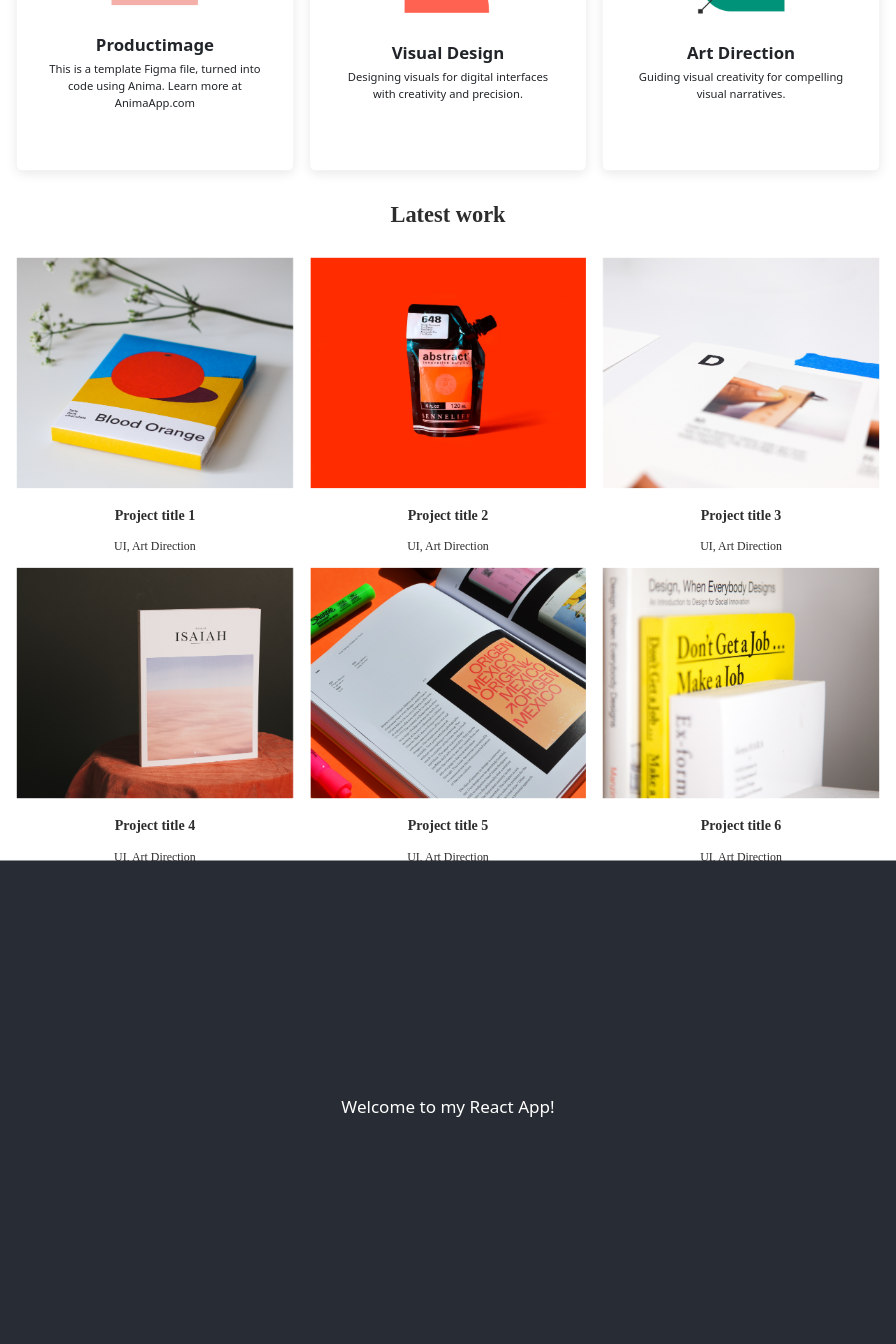
Repository: nida463/project-portofolio
Page: /
The author's editor kept a copy of each file at every save. The page is drawn from the files as they stood at one save, then again after a run of saves.
The browser window is 1280 px wide. The pictures show the part of the page from y = 885 to 2805 px (the page is 2835 px tall), at 70% of full size.
The project was rebuilt for these pictures with package versions that can differ from the ones it lists, and the page was loaded fresh each time.

Above is the page before, as saved 2024-09-18 10:09:29.

After the next 6 saves:
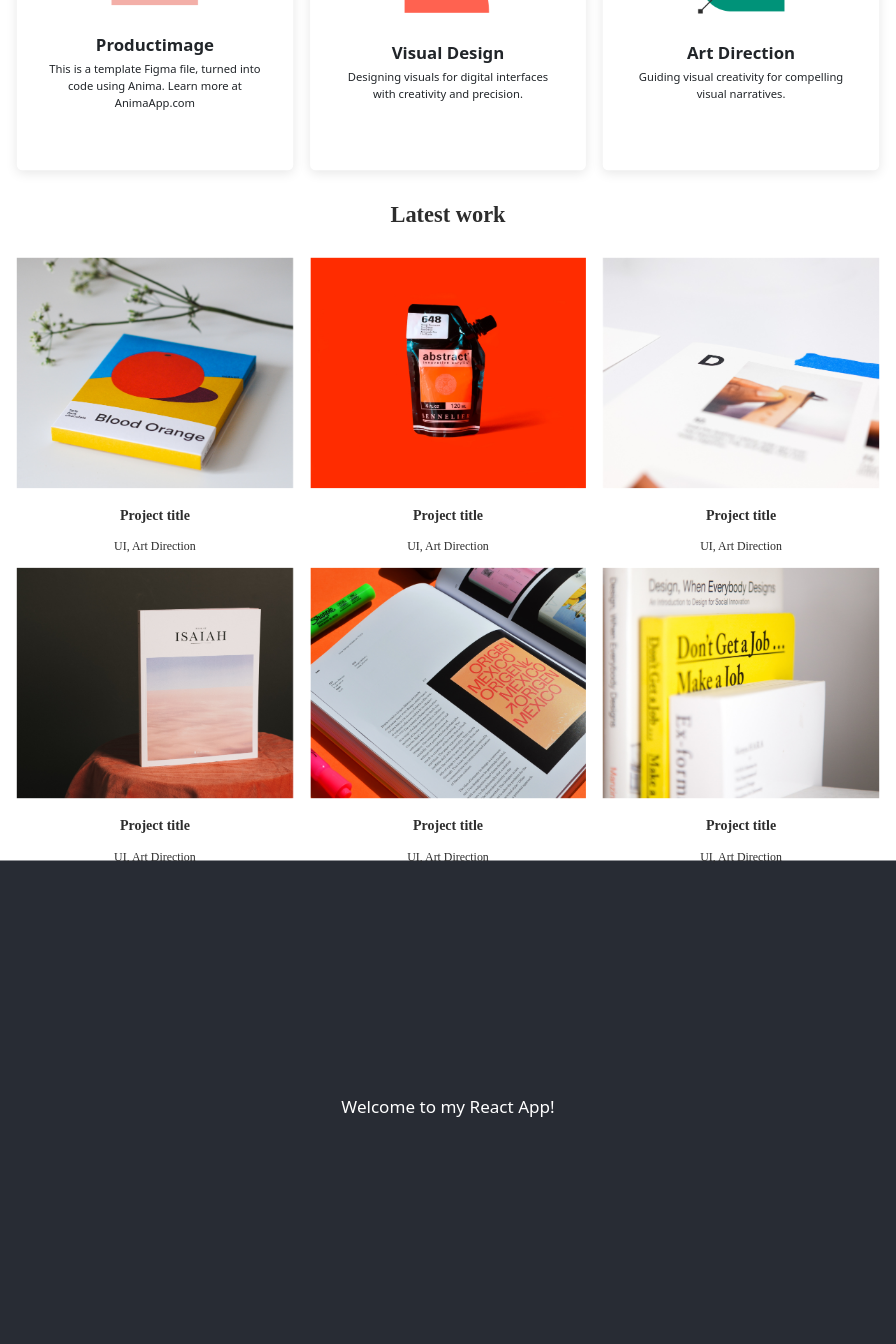
The 6 saves are shown as one change because they came seconds apart.
The last was saved 64 s later.
--- a/src/Components/Gallery.js
+++ b/src/Components/Gallery.js
@@ -7,12 +7,12 @@
       <h2 className="latest-work">Latest work</h2> {/* Judul di atas gallery */}
       <div className="gallery-section">
         {[
-          { id: 1, title: 'Project title 1', subtitle: 'UI, Art Direction', image: '/img/Image1.png' },
-          { id: 2, title: 'Project title 2', subtitle: 'UI, Art Direction', image: '/img/Image2.png' },
-          { id: 3, title: 'Project title 3', subtitle: 'UI, Art Direction', image: '/img/Image3.png' },
-          { id: 4, title: 'Project title 4', subtitle: 'UI, Art Direction', image: '/img/Image4.png' },
-          { id: 5, title: 'Project title 5', subtitle: 'UI, Art Direction', image: '/img/Image5.png' },
-          { id: 6, title: 'Project title 6', subtitle: 'UI, Art Direction', image: '/img/Image6.png' }
+          { id: 1, title: 'Project title ', subtitle: 'UI, Art Direction', image: '/img/Image1.png' },
+          { id: 2, title: 'Project title ', subtitle: 'UI, Art Direction', image: '/img/Image2.png' },
+          { id: 3, title: 'Project title ', subtitle: 'UI, Art Direction', image: '/img/Image3.png' },
+          { id: 4, title: 'Project title ', subtitle: 'UI, Art Direction', image: '/img/Image4.png' },
+          { id: 5, title: 'Project title ', subtitle: 'UI, Art Direction', image: '/img/Image5.png' },
+          { id: 6, title: 'Project title ', subtitle: 'UI, Art Direction', image: '/img/Image6.png' }
         ].map((item) => (
           <div key={item.id} className="gallery-card">
             <img src={item.image} alt={item.title} className="gallery-image" />
